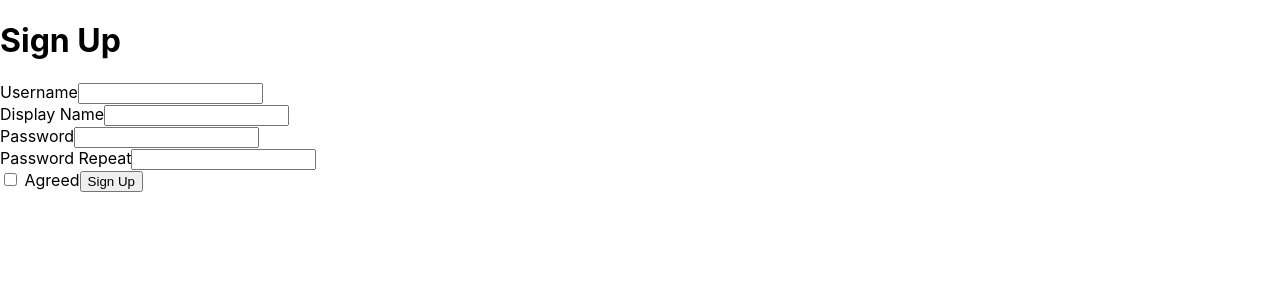
Repository: adnanyagmur/hoaxify-reactJs-frontend
Page: /
These files come from the project's save history. The page is drawn as it stood at one moment and after the next save; the edit follows.
The browser window is 1280 px wide. The pictures show the whole page.
The project was rebuilt for these pictures with package versions that can differ from the ones it lists, and the page was loaded fresh each time. Also part of the build but not shown: src/App.css, src/App.js.

Above is the page before, as saved 2022-09-01 13:27:15.

After the next save:
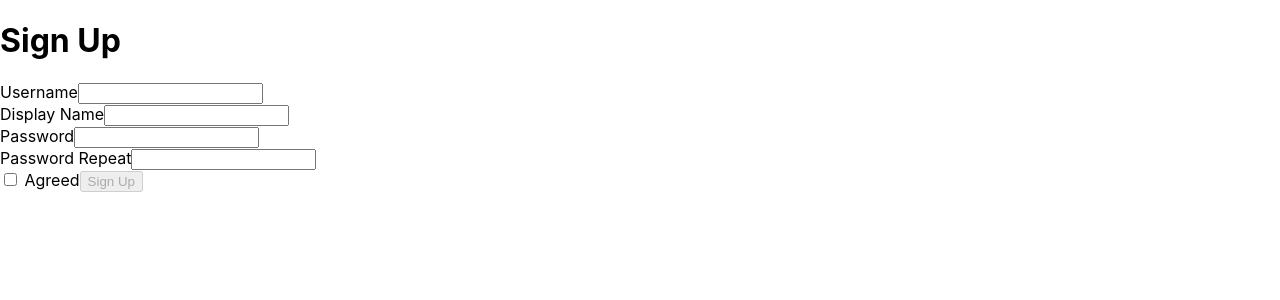
Saved 82 s later.
--- a/src/UserSignupPage.js
+++ b/src/UserSignupPage.js
@@ -3,7 +3,8 @@ import React from "react";
 class UserSignupPage extends React.Component {
 
     state = {
-        username: null
+        username: null,
+        agreedClicked: false
     }
 
     onChangeUserName = event  =>{
@@ -35,7 +36,7 @@ class UserSignupPage extends React.Component {
                 </div>
                 <div>
                 <input type="checkbox"></input> Agreed
-                <button>Sign Up</button>
+                <button disabled={!this.state.agreedClicked}>Sign Up</button>
                 </div>
             </form>
 
